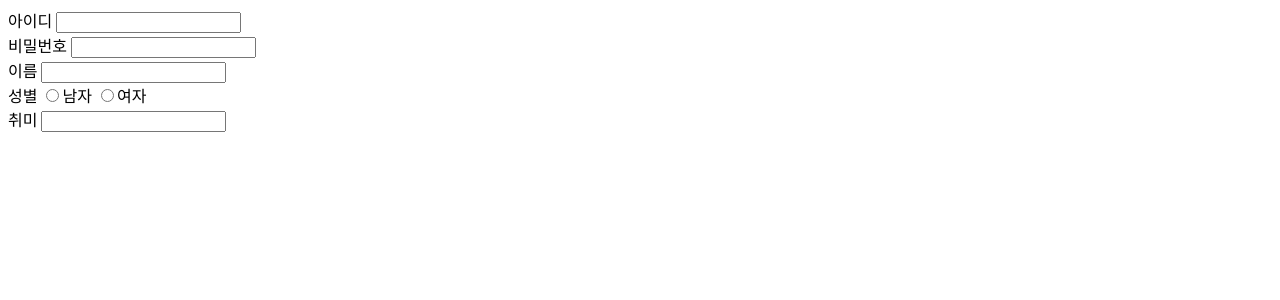
Repository: SniperDitto/save
Page: http://localhost/Boards0425/02_client/02_members/join.jsp
The author's editor kept a copy of each file at every save. The page is drawn from the files as they stood at one save, then again after the next save.
The browser window is 1280 px wide. The pictures show the whole page.
The page is served by Tomcat 9. Other server files are loaded and not shown.

Above is the page before, as saved 2022-04-28 00:01:24.

### 2022JAVA_YSH 1/JAVA/Web/Boards0425/WebContent/02_client/02_members/join.jsp
<%@ page language="java" contentType="text/html; charset=UTF-8"
    pageEncoding="UTF-8"%>
<!DOCTYPE html>
<html>
<head>
<meta charset="UTF-8">
<title>회원가입</title>
</head>
<body>
	<div id="wrap">
		<div class="row">
			<span>아이디</span>
			<span>
				<input type="text" name="userID" id="userID" class=""/>
			</span>
		</div>
		<div class="row">
			<span>비밀번호</span>
			<span>
				<input type="password" name="userPW" id="userPW" class=""/>
			</span>
		</div>
		<div class="row">
			<span>이름</span>
			<span>
				<input type="text" name="userName" id="userName" class=""/>
			</span>
		</div>
		<div class="row">
			<span>성별</span>
			<span>
				<input type="radio" name="userGen" id="userGenM" class="" value="M"/>남자
				<input type="radio" name="userGen" id="userGenF" class="" value="F"/>여자
			</span>
		</div>
		<div class="row">
			<span>취미</span>
			<span>
				<input type="text" name="userName" id="userName" class=""/>
			</span>
		</div>
	</div>
</body>
</html>

After the next save:
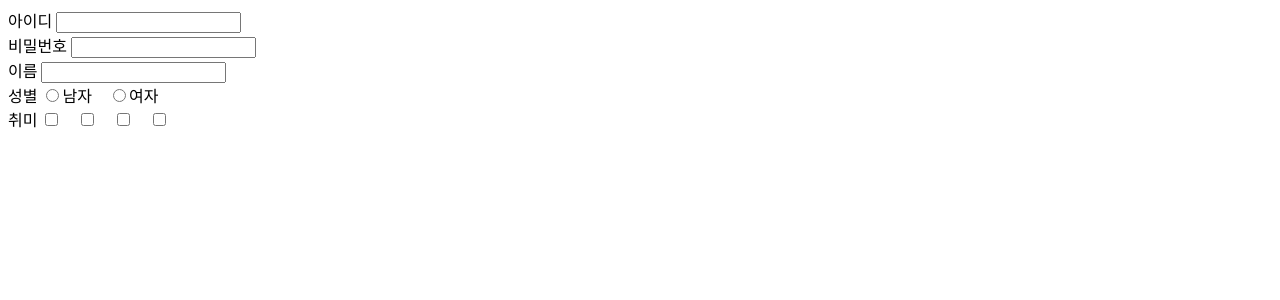
Saved 86 s later.
--- a/2022JAVA_YSH 1/JAVA/Web/Boards0425/WebContent/02_client/02_members/join.jsp
+++ b/2022JAVA_YSH 1/JAVA/Web/Boards0425/WebContent/02_client/02_members/join.jsp
@@ -30,13 +30,21 @@
 			<span>성별</span>
 			<span>
 				<input type="radio" name="userGen" id="userGenM" class="" value="M"/>남자
+				&nbsp;&nbsp;
 				<input type="radio" name="userGen" id="userGenF" class="" value="F"/>여자
 			</span>
 		</div>
 		<div class="row">
 			<span>취미</span>
 			<span>
-				<input type="text" name="userName" id="userName" class=""/>
+				<input type="checkbox" name="userHobby" id="userHobby1" class="" value=""/>
+				&nbsp;&nbsp;
+				<input type="checkbox" name="userHobby" id="userHobby2" class="" value=""/>
+				&nbsp;&nbsp;
+				<input type="checkbox" name="userHobby" id="userHobby3" class="" value=""/>
+				&nbsp;&nbsp;
+				<input type="checkbox" name="userHobby" id="userHobby4" class="" value=""/>
+				&nbsp;&nbsp;
 			</span>
 		</div>
 	</div>
